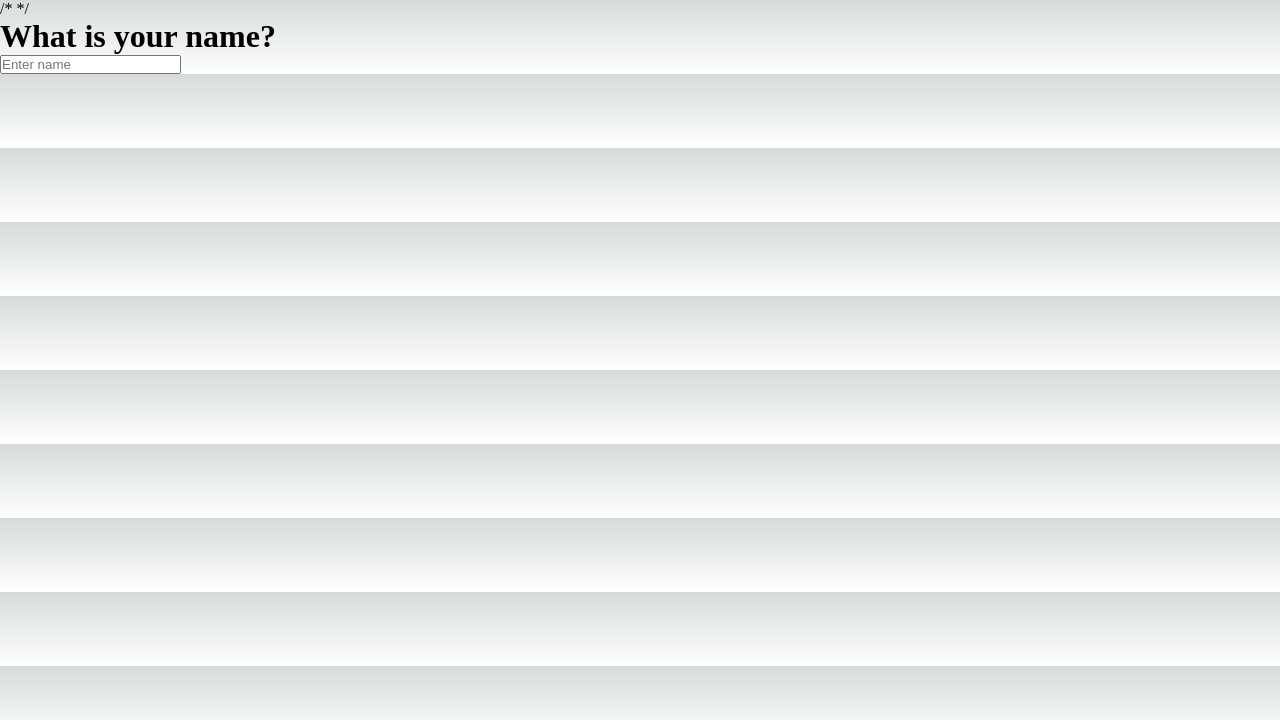
Repository: SanlyLp/mdia2109-week6
Page: /survey
The author's editor kept a copy of each file at every save. The page is drawn from the files as they stood at one save, then again after a run of saves.
The browser window is 1280 px wide. The pictures show the whole page.
The project was rebuilt for these pictures with package versions that can differ from the ones it lists, and the page was loaded fresh each time. The framework's server and built-in components were replaced by stand-ins that run in the browser. Also part of the build but not shown: next.config.js.

Above is the page before, as saved 2023-02-06 10:34:28.

### pages/survey.js
import { useState } from "react"
import Start from "./Start"


export default function Survey() {
    const [name, setName] = useState('') /*we want to store someones name*/
    const [isActiveOne, setIsActiveOne] = useState(true);
    const [isActiveTwo, setIsActiveTwo] = useState(false);

    const passName = (event) => {
        if (event.key === "Enter") {
            console.log("Enter")
            setIsActiveOne(false);
            setIsActiveTwo(true);
        }
    }
    return (

        <div>
            <div style={{ display: isActiveOne ? "block" : "none" }}> /* */
                <h1>What is your name?</h1>
                <input /*information*/
                    value={name}
                    onChange={event => setName(event.target.value)}
                    placeholder="Enter name"
                    onKeyDown={passName}
                    type="text"
                />

            </div>
            <div style={{ display: isActiveTwo ? "block" : "none" }}>
                <Start passName={name} />

            </div>
        </div>

    )
}

### pages/Start.js
export default function start({passName}){
    return(
        <>
        welcometo the Home page! {passName}
        </>
    )
}

Loaded but not shown: pages/_app.js (common file); pages/_document.js (common file); styles/globals.css (common file)

After the next 5 saves:
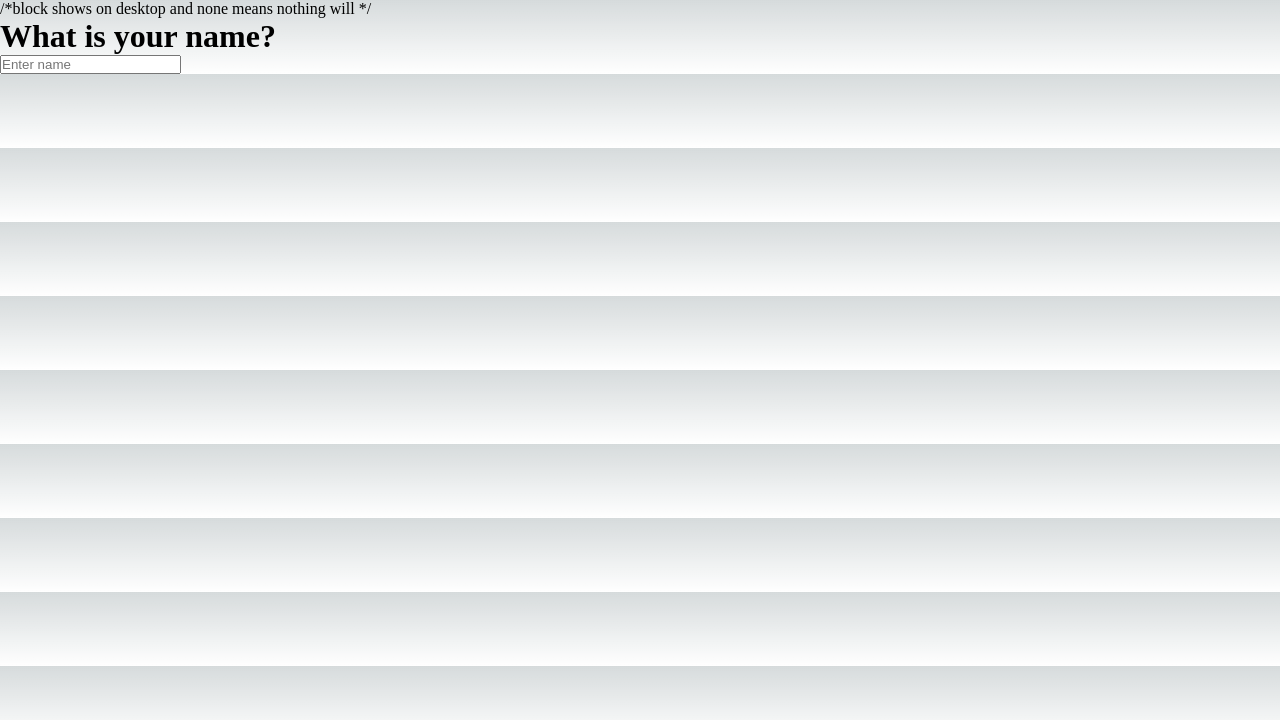
The 5 saves are shown as one change because they came seconds apart.
The last was saved 28 s later.
--- a/pages/survey.js
+++ b/pages/survey.js
@@ -17,7 +17,8 @@ export default function Survey() {
     return (
 
         <div>
-            <div style={{ display: isActiveOne ? "block" : "none" }}> /* */
+            <div style={{ display: isActiveOne ? "block" : "none" }}> /*block shows on desktop
+             and none means nothing will */
                 <h1>What is your name?</h1>
                 <input /*information*/
                     value={name}
